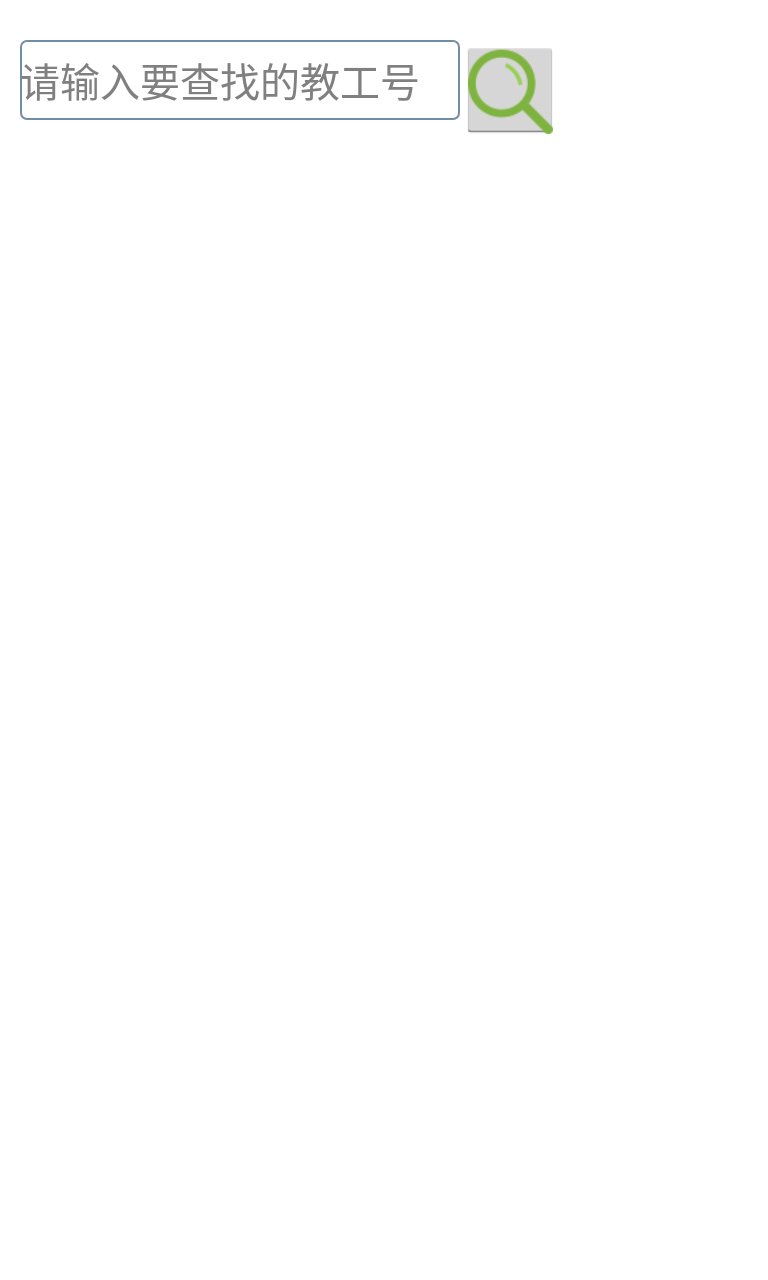
Repository: 15862175370/MyProject
Layout: 毕业设计系统源码_李伟/client/TeachSystem/res/layout/serchteacher.xml
These files come from the project's save history. The layout is drawn as it stood at one moment and after the next save; the edit follows.
It is drawn on a 768 x 1280 px phone screen (xhdpi) without system bars, with theme AppTheme; the app's code is not run. Lists and similar views that code fills are empty.

Above is the layout before, as saved 2016-05-20 10:19:32.

After the next save:
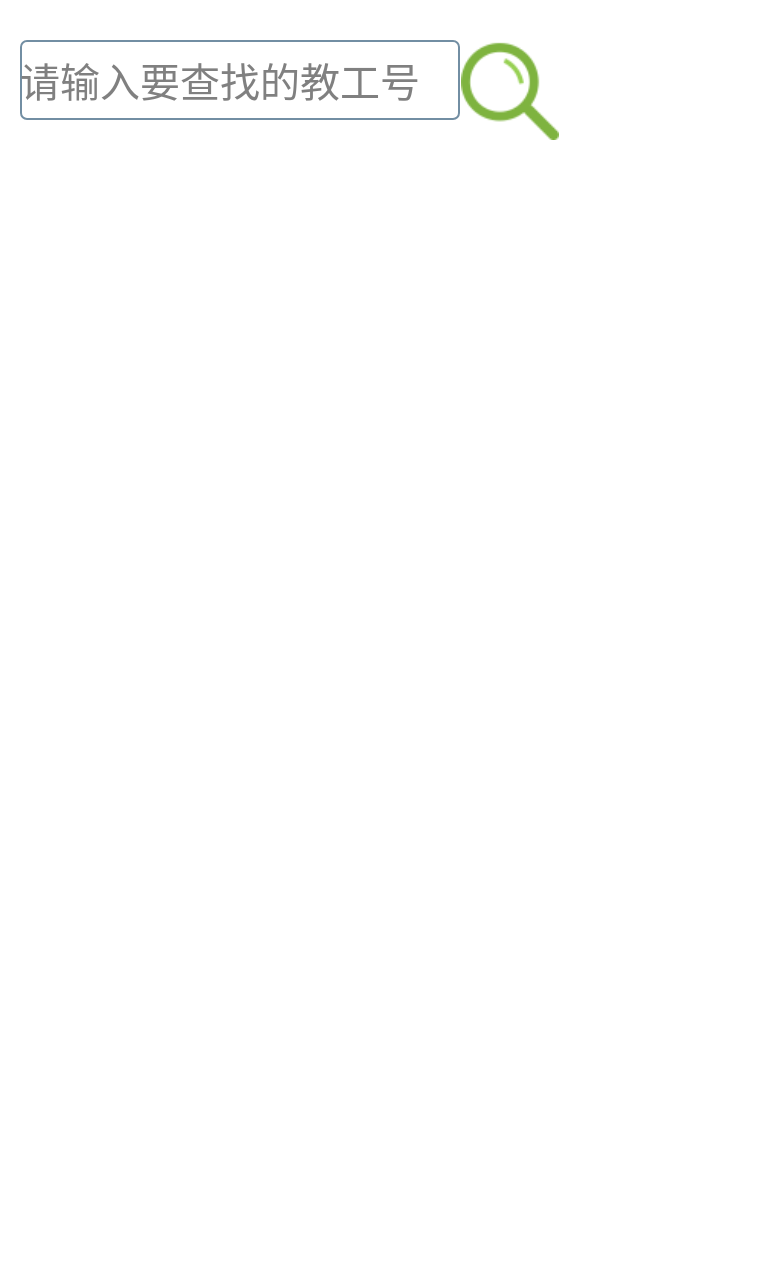
Saved 63 s later.
--- a/毕业设计系统源码_李伟/client/TeachSystem/res/layout/serchteacher.xml
+++ b/毕业设计系统源码_李伟/client/TeachSystem/res/layout/serchteacher.xml
@@ -21,7 +21,7 @@
           android:textSize="20dp"
          android:background="@drawable/biankuang"
             />
-    <ImageButton
+    <ImageView
      android:layout_height="50dp"
      android:layout_width="50dp"
      android:src="@drawable/soso"
